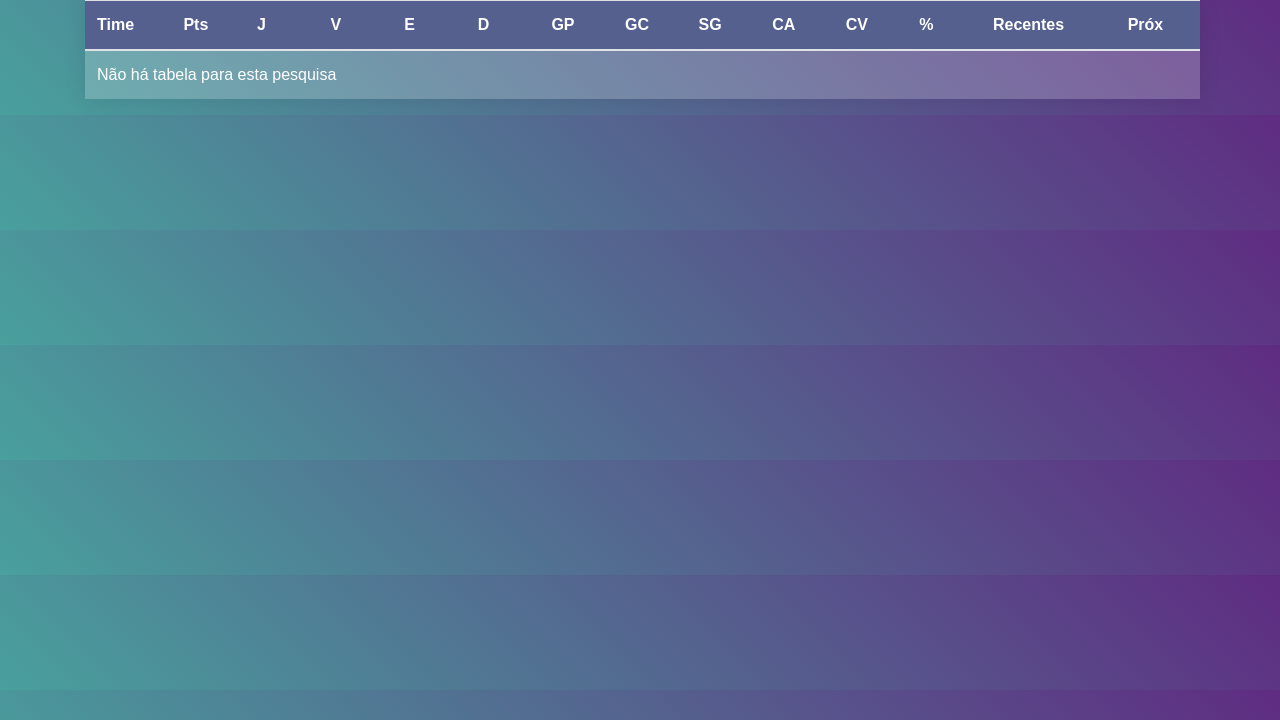
Repository: danielvieira7/campeonato-brasileiro-embed
Page: index.html
The author's editor kept a copy of each file at every save. The page is drawn from the files as they stood at one save, then again after the next save.
The browser window is 1280 px wide. The pictures show the whole page.
The page's requests for data from a server got no answer. Some web libraries are served in a nearby version.

Above is the page before, as saved 2021-02-12 00:42:29.

After the next save:
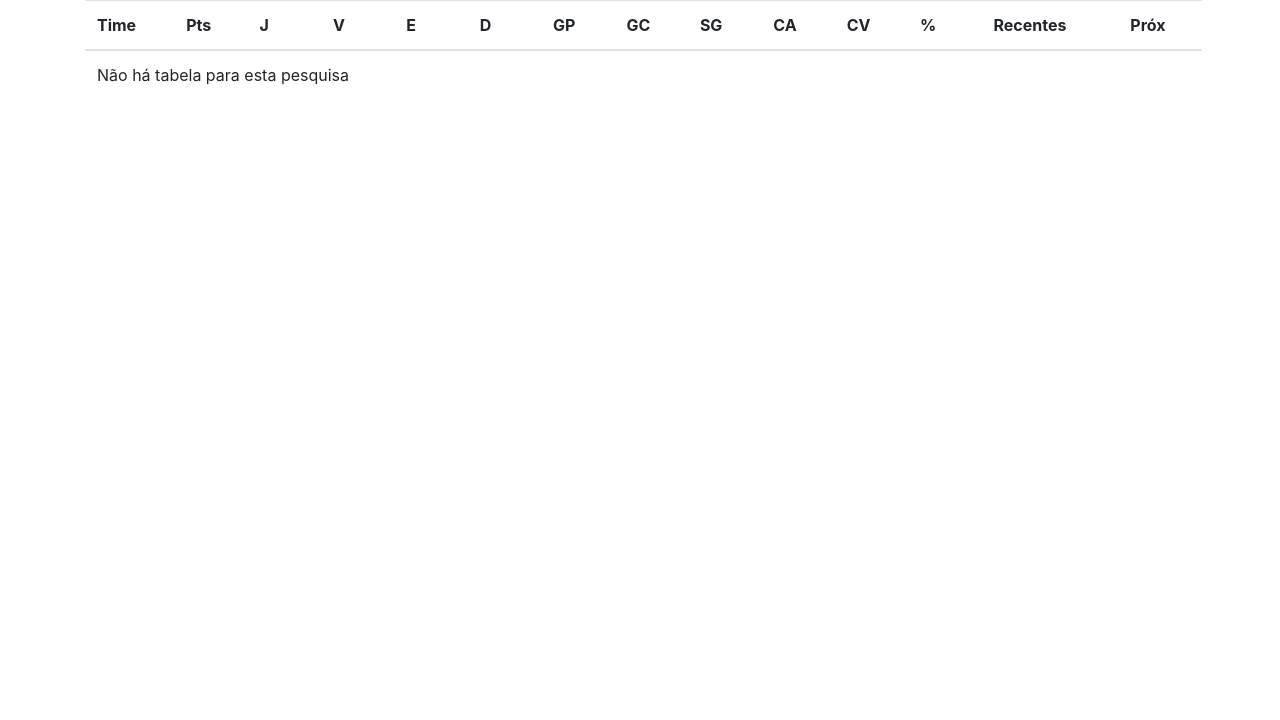
Console error: ReferenceError: y is not defined
Saved 94 s later.
--- a/app.js
+++ b/app.js
@@ -59,10 +59,17 @@ $(function () {
 })
 
 const estilo = urlParams.get('estilo')
-let file = "styles/style-colorful-blue-purple.css";
 
-if (estilo == "") {
 
+switch(estilo) {
+    case "colorful-blue-purple":
+        let file = "styles/style-colorful-blue-purple.css";
+        break;
+    case y:
+      // code block
+        break;
+    default:
+      // code block
 }
 
 let link = document.createElement( "link" );
